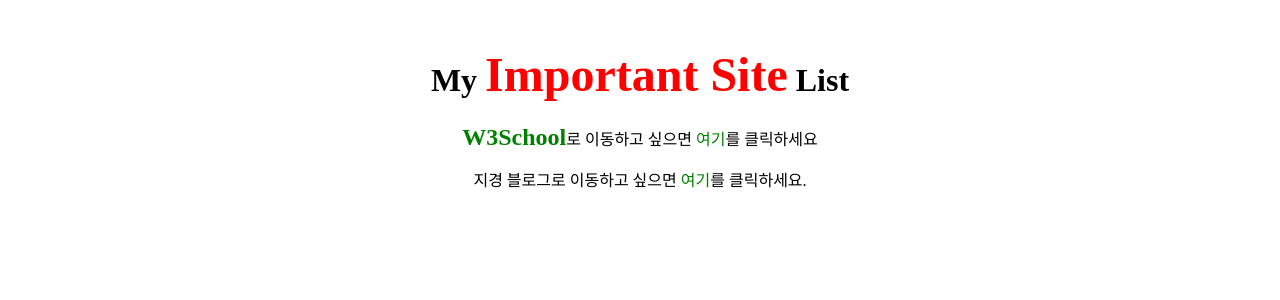
Repository: BaekJiGyeong/JSP
Page: http://localhost/Lesson0203/
The author's editor kept a copy of each file at every save. The page is drawn from the files as they stood at one save, then again after the next save.
The browser window is 1280 px wide. The pictures show the whole page.
The page is served by Tomcat 9.

Above is the page before, as saved 2016-02-03 09:49:35.

### Lesson0203/WebContent/index.jsp
<%@ page language="java" contentType="text/html; charset=UTF-8"
    pageEncoding="UTF-8"%>
<!DOCTYPE html>
<html>
<head>
<meta http-equiv="Content-Type" content="text/html; charset=UTF-8">
<title>Insert title here</title>

<style>
span.note {font-size:150%; color:red;}

a:link {
	color: green;
	background-color: transparent;
	text-decoration: none;
}
a:visited {
	color: pink;
	background-color: transparent;
	text-decoration: underline;
}
a:hover {
	color: red;
	background-color: transparent;
	text-decoration: underline;
}
a:active {
	color: yellow;
	background-color: transparent;
	text-decoration: underline;
}


</style>
</head>

<body align ="center">
	<br/>
	<h1> My <span class="note">Important Site</span> List</h1>
	<p> <span style="color:green; font-size: 150%; font-weight:bold">W3School</span>로 이동하고 싶으면 <a href="http://www.w3schools.com//">여기</a>를 클릭하세요</p>
	<p>지경 블로그로 이동하고 싶으면 <a href="http://javannspring.tistory.com/">여기</a>를 클릭하세요.</p>










</body>
</html>

After the next save:
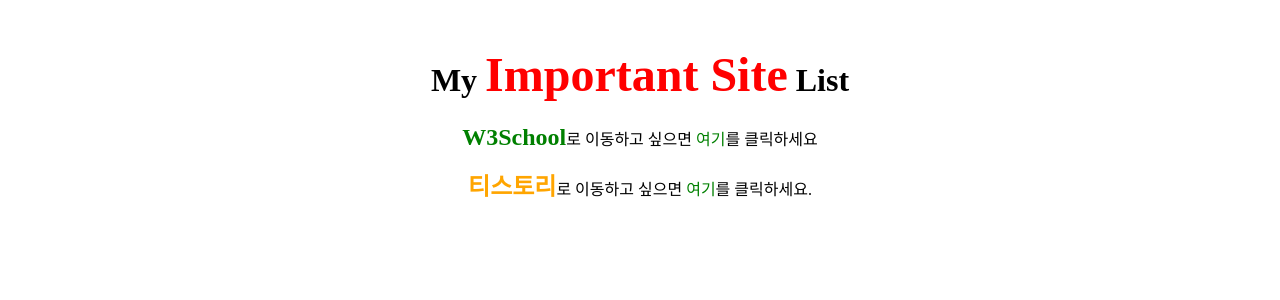
Saved 43 s later.
--- a/Lesson0203/WebContent/index.jsp
+++ b/Lesson0203/WebContent/index.jsp
@@ -38,7 +38,7 @@
 	<br/>
 	<h1> My <span class="note">Important Site</span> List</h1>
 	<p> <span style="color:green; font-size: 150%; font-weight:bold">W3School</span>로 이동하고 싶으면 <a href="http://www.w3schools.com//">여기</a>를 클릭하세요</p>
-	<p>지경 블로그로 이동하고 싶으면 <a href="http://javannspring.tistory.com/">여기</a>를 클릭하세요.</p>
+	<p> <span style="color:orange; font-size: 150%; font-weight:bold">티스토리</span>로 이동하고 싶으면 <a href="http://javannspring.tistory.com/">여기</a>를 클릭하세요.</p>
 
 
 
